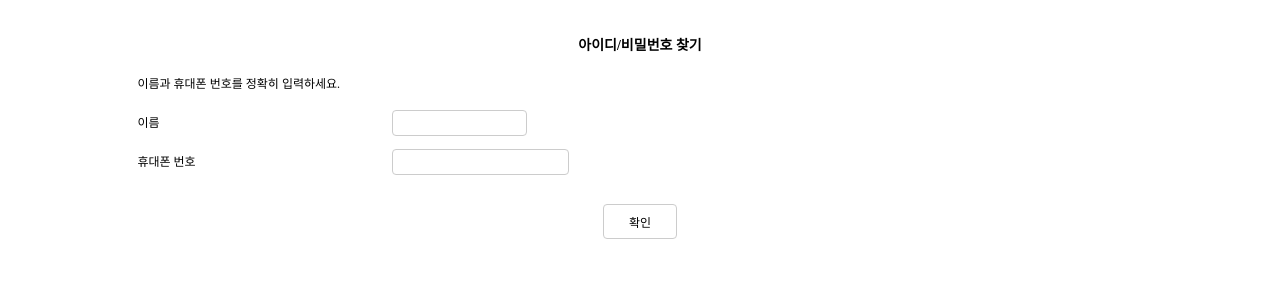
Repository: ekgus419/hckj
Page: http://localhost/Railro/findMyIdPwd.jsp
The author's editor kept a copy of each file at every save. The page is drawn from the files as they stood at one save, then again after the next save.
The browser window is 1280 px wide. The pictures show the whole page.
The page is served by Tomcat 9. Nobody is signed in. The application's start-up code is not run.

Above is the page before, as saved 2016-08-20 05:31:50.

After the next save:
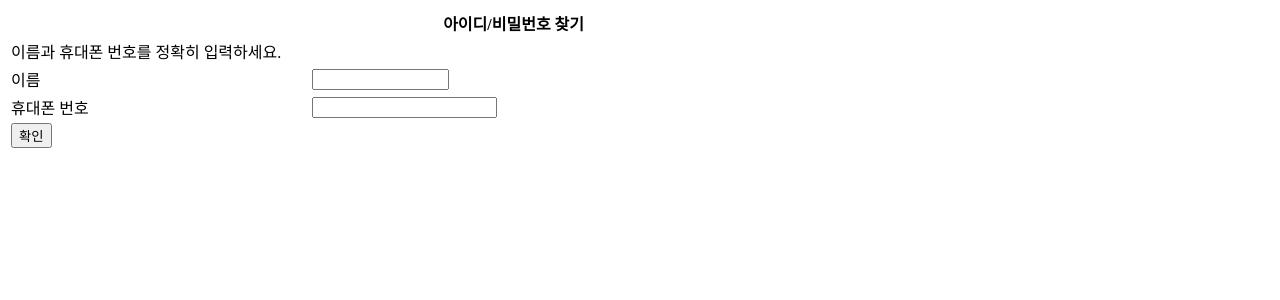
Saved 2 min 16 s later.
--- a/Railro/src/main/webapp/findMyIdPwd.jsp
+++ b/Railro/src/main/webapp/findMyIdPwd.jsp
@@ -26,45 +26,7 @@ function formSubmit(){
 }
 </script>
 <style>
-table{
-	font-size: 12px;
-	margin: 25px auto;
-}
 
-th{
-	font-size: 14px;
-}
-
-td, tr{
-	height: 35px;
-	line-height: 35px;
-}
-
-input[type=text]{
-    padding: 5px 10px;
-    display: inline-block;
-    border: 1px solid #ccc;
-    border-radius: 4px;
-    box-sizing: border-box;
-    resize: none;
-    font-size: 12px;
-}
-
-input[type=submit]{
-	padding: 8px 25px;
-    display: inline-block;
-    background-color: #ffffff;
-    border: 1px solid #ccc;
-    border-radius: 4px;
-    box-sizing: border-box;
-    resize: none;
-    font-size: 12px;
-	margin-top: 20px;
-}
-
-.btn{
-	text-align: center;
-}
 </style>
 </head>
 <body>
